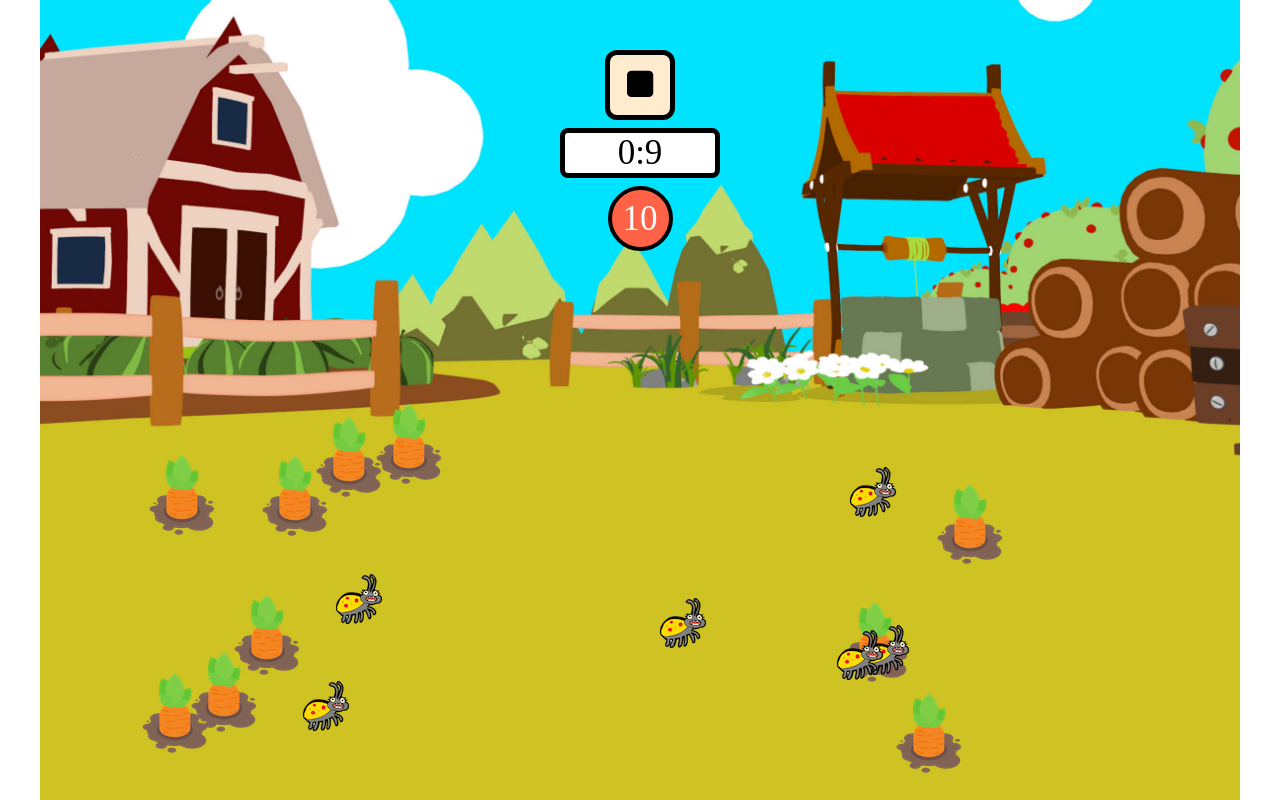
Repository: keehoonjung/Bug-Game
Page: index.html
These files come from the project's save history. The page is drawn as it stood at one moment and after the next save; the edit follows.
The browser window is 1280 px wide. The pictures show the whole page.
After loading, the first visible `button.play__btn` was clicked once.
Some web libraries are served in a nearby version.

Above is the page before, as saved 2021-08-10 19:55:36.

After the next save:
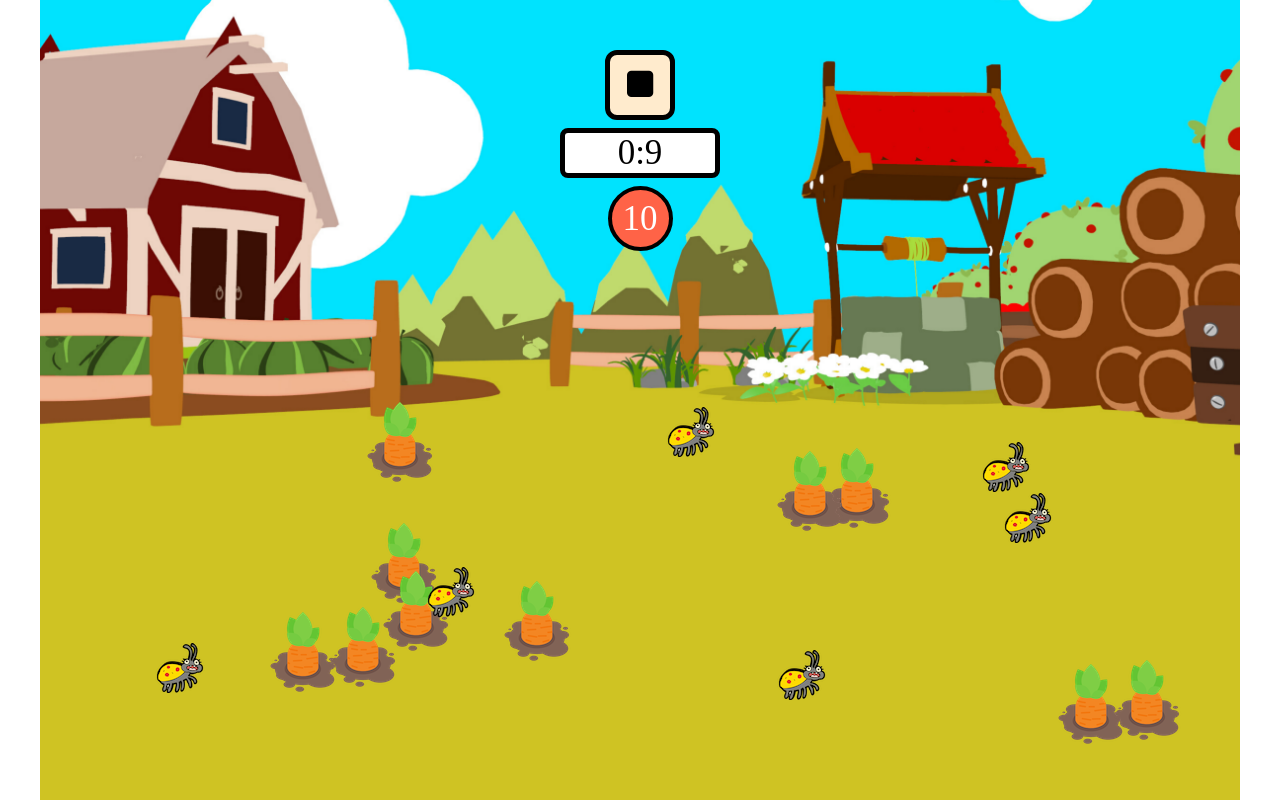
Saved 13 s later.
--- a/main.js
+++ b/main.js
@@ -29,7 +29,7 @@ playBtn.addEventListener("click", () => {
     stopGame("retry");
   } else {
     showStopButton();
-    gameStart();
+    startGame();
   }
 });
 
@@ -41,7 +41,7 @@ function stopGame(text) {
   visiblePopup(text);
 }
 
-function gameStart() {
+function startGame() {
   started = true;
   score = carroutCount + 1;
   createItem("carrot", carroutCount);
@@ -125,7 +125,7 @@ popupBtn.addEventListener("click", () => {
   playBtn.style.visibility = "visible";
   playground.innerHTML = "";
   popup.classList.remove("visible");
-  gameStart();
+  startGame();
 });
 
 // 7. 타이머 시간 자동 감소
